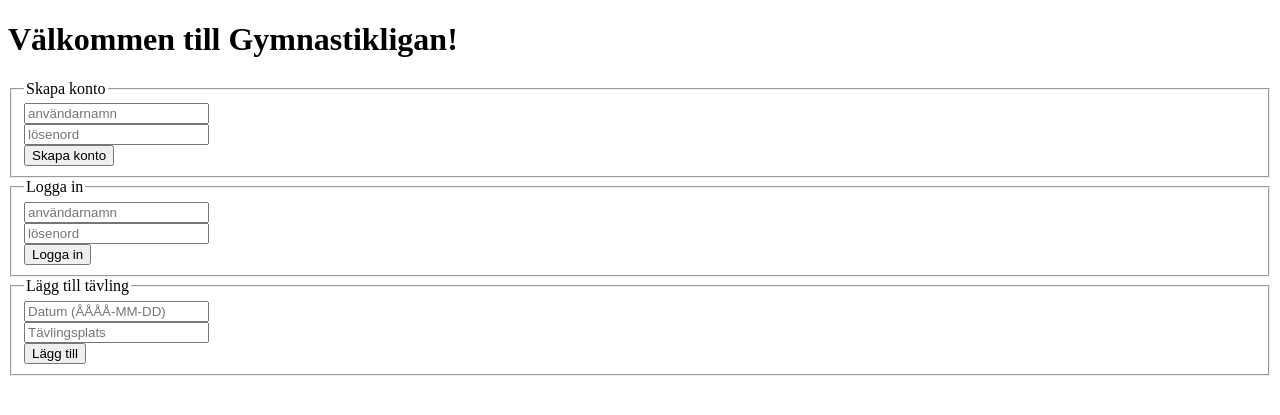
Repository: CarroForslund/laboration4-1dv404
Page: index.html
The author's editor kept a record of every edit. The page is drawn from the files as they stood at one moment, then again after the next edit.
The browser window is 1280 px wide. The pictures show the whole page.

Above is the page before.

After the next edit:
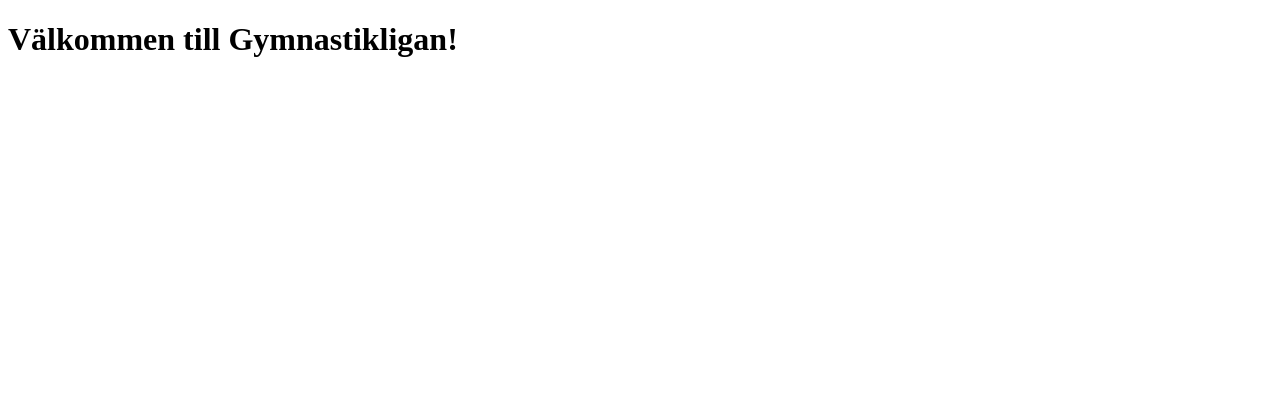
The edit:
--- a/index.html
+++ b/index.html
@@ -8,7 +8,7 @@
     <body>
         <h1>Välkommen till Gymnastikligan!</h1>
 
-        <form id="account">
+        <!--<form id="account">
             <fieldset>
                 <legend>Skapa konto</legend>
                 <input type="textarea" id="username" name="username" placeholder="användarnamn"/><br />
